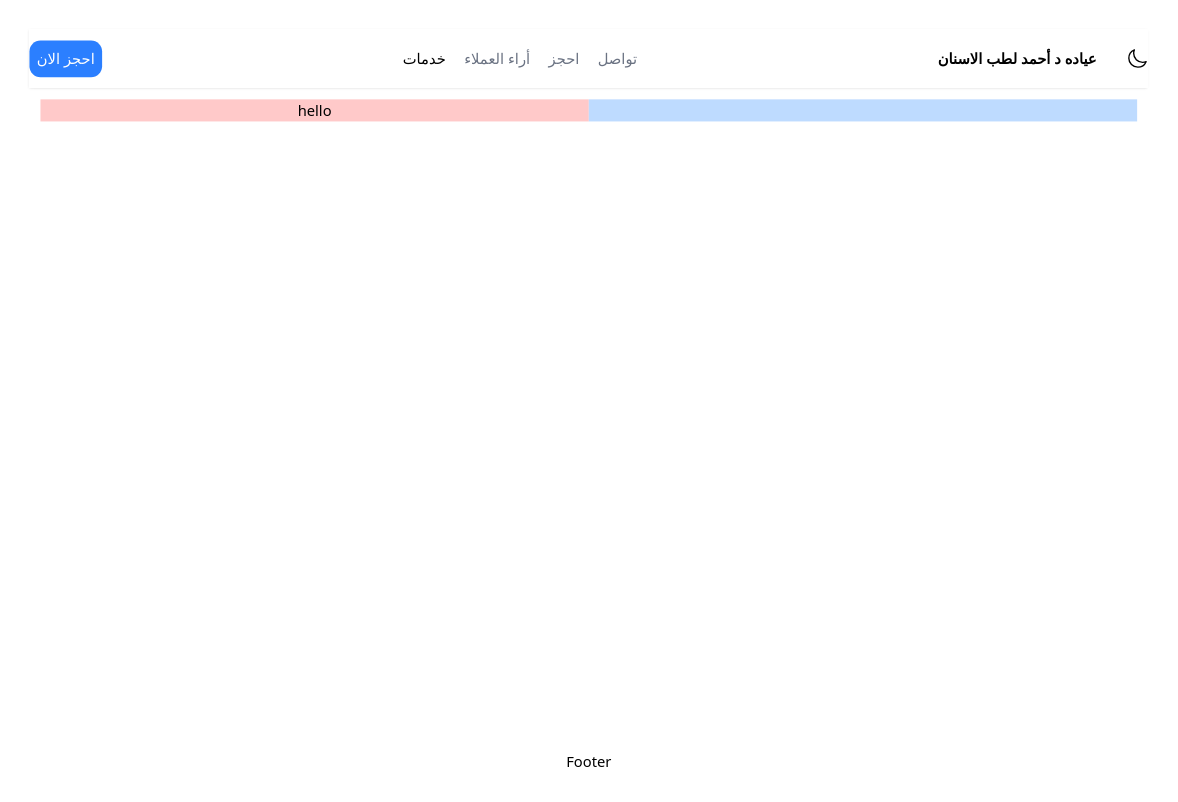
Repository: mohamedehab23-pro/clinic
Page: /
An editor plug-in stored every save of this project. The page is shown before and after a run of saves, followed by the edit.
The browser window is 1280 px wide. The pictures show the whole page, at 92% of full size.
The project was rebuilt for these pictures with package versions that can differ from the ones it lists, and the page was loaded fresh each time. Also part of the build but not shown: vite.config.js, src/Pages/AboutPage.jsx, src/Pages/ContactPage.jsx, src/Pages/NotFound.jsx, src/Components/Child.jsx, src/Components/Parent.jsx.

Above is the page before, as saved 2026-02-22 14:05:06.

### index.html
<!doctype html>
<html lang="en">
  <head>
    <meta charset="UTF-8" />
    <link rel="icon" type="image/svg+xml" href="/vite.svg" />
    <meta name="viewport" content="width=device-width, initial-scale=1.0" />
    <title>project1</title>
  </head>
  <body>
    <div id="root"></div>
    <script type="module" src="/src/main.jsx"></script>
  </body>
</html>

### src/index.css
@import "tailwindcss";
@custom-variant dark (&:where(.dark, .dark *));


.active{
    @apply text-black dark:text-white
}

### src/App.jsx
import { useState } from 'react'
import HeroPage from '../src/Pages/HeroPage'
import './App.css'
import { createBrowserRouter, RouterProvider } from 'react-router'
import MainLayout from './Layouts/MainLayout'
import AboutPage from './Pages/AboutPage'
import ContactPage from './Pages/ContactPage'
import NotFound from './Pages/NotFound'
import Parent from './Components/Parent'


const x=createBrowserRouter([
  {path:'',element:<MainLayout/>,children:[
    {index:true,element:<HeroPage/>},
    {path:'/about',element:<AboutPage/>},
    {path:'/contact',element:<ContactPage/>},
    {path:'*',element:<NotFound/>}
  ]}
])

function App() {

  return (
    <>
    {/* <Parent/> */}

     <RouterProvider router={x}/>
    </>
  )
}

export default App

### src/Pages/HeroPage.jsx
import React from 'react'
import sora from '../assets/dentist.png'
export default function HomePage() {
  return (
    <div className='dark:bg-gray-800 min-h-screen p-3'>
      <div className='flex justify-around'>
<div className='bg-red-200 w-full '>
  hello
</div>
<div className='bg-blue-200 w-full'>
 <img src="" alt="" />
</div>
      </div>



    </div>
  )
}

### src/Layouts/MainLayout.jsx
import React, { useState } from 'react'
import Navbar from '../Components/Navbar'
import Footer from '../Components/Footer'
import { Outlet } from 'react-router'

export default function MainLayout() {
  const [darkMode, setDarkMode] = useState(false)
  return (
    <>
    <div className={`${darkMode? 'dark':''}  dark:text-white`}>
      <Navbar darkMode={darkMode} setDarkMode={setDarkMode}/>
    <Outlet />
    <Footer/>
    </div>
    </>
  )
}

### src/Components/Navbar.jsx
import React, { useState } from 'react'
import { Link, NavLink } from 'react-router'

export default function Navbar({setDarkMode,darkMode}) {
  const [navToggle, setNavToggle] = useState(false)
  return (
    <div className='py-3 shadow sticky top-0 w-full dark:bg-gray-700 bg-white/50'>
<div className="container px-3 lg:p-0 mx-auto flex items-center justify-between">
<div>
  <button className='p-2 rounded-xl bg-blue-500 text-white '><Link to={'/'}>احجز الان</Link></button>
</div>
<div>
  <ul className='lg:flex dark:text-white/50 gap-5 hidden'>
    <li className='text-gray-500'><NavLink to={''}>خدمات</NavLink></li>
    <li className='text-gray-500'><NavLink to={'/about'}>أراء العملاء</NavLink></li>
    <li className='text-gray-500'><NavLink to={'/contact'}>احجز</NavLink></li>
    <li className='text-gray-500'><NavLink to={'ertyuj'}>تواصل</NavLink></li>
  </ul>
</div>
<div className='flex gap-8'>
  <Link to={''} className=' font-bold'>عياده د أحمد لطب الاسنان</Link>
  {darkMode?<svg xmlns="http://www.w3.org/2000/svg"
onClick={()=>setDarkMode(!darkMode)}
fill="none" viewBox="0 0 24 24" strokeWidth={1.5} stroke="currentColor" className="cursor-pointer size-6">
  <path strokeLinecap="round" strokeLinejoin="round" d="M12 3v2.25m6.364.386-1.591 1.591M21 12h-2.25m-.386 6.364-1.591-1.591M12 18.75V21m-4.773-4.227-1.591 1.591M5.25 12H3m4.227-4.773L5.636 5.636M15.75 12a3.75 3.75 0 1 1-7.5 0 3.75 3.75 0 0 1 7.5 0Z" />
</svg>:<svg xmlns="http://www.w3.org/2000/svg" fill="none"
onClick={()=>setDarkMode(!darkMode)}
viewBox="0 0 24 24" strokeWidth={1.5} stroke="currentColor" className="cursor-pointer size-6">
  <path strokeLinecap="round" strokeLinejoin="round" d="M21.752 15.002A9.72 9.72 0 0 1 18 15.75c-5.385 0-9.75-4.365-9.75-9.75 0-1.33.266-2.597.748-3.752A9.753 9.753 0 0 0 3 11.25C3 16.635 7.365 21 12.75 21a9.753 9.753 0 0 0 9.002-5.998Z" />
</svg>}
</div>
<div className='lg:hidden'>
  <svg xmlns="http://www.w3.org/2000/svg" onClick={()=>setNavToggle(!navToggle)} fill="none" viewBox="0 0 24 24" strokeWidth={1.5} stroke="currentColor" className="cursor-pointer size-6">
  <path strokeLinecap="round" strokeLinejoin="round" d="M3.75 6.75h16.5M3.75 12h16.5m-16.5 5.25h16.5" />
</svg>


</div>



</div>
{navToggle && <ul className='pt-3 text-end px-3'>
    <li className='text-gray-500'><NavLink to={''}>خدمات</NavLink></li>
    <li className='text-gray-500'><NavLink to={'/about'}>أراء العملاء</NavLink></li>
    <li className='text-gray-500'><NavLink to={'/contact'}>احجز</NavLink></li>
    <li className='text-gray-500'><NavLink to={'ertyuj'}>تواصل</NavLink></li>
  </ul>}


    </div>
  )
}

Loaded but not shown: src/main.jsx (common file); src/App.css (common file); src/Components/Footer.jsx (common file)

After the next 2 saves:
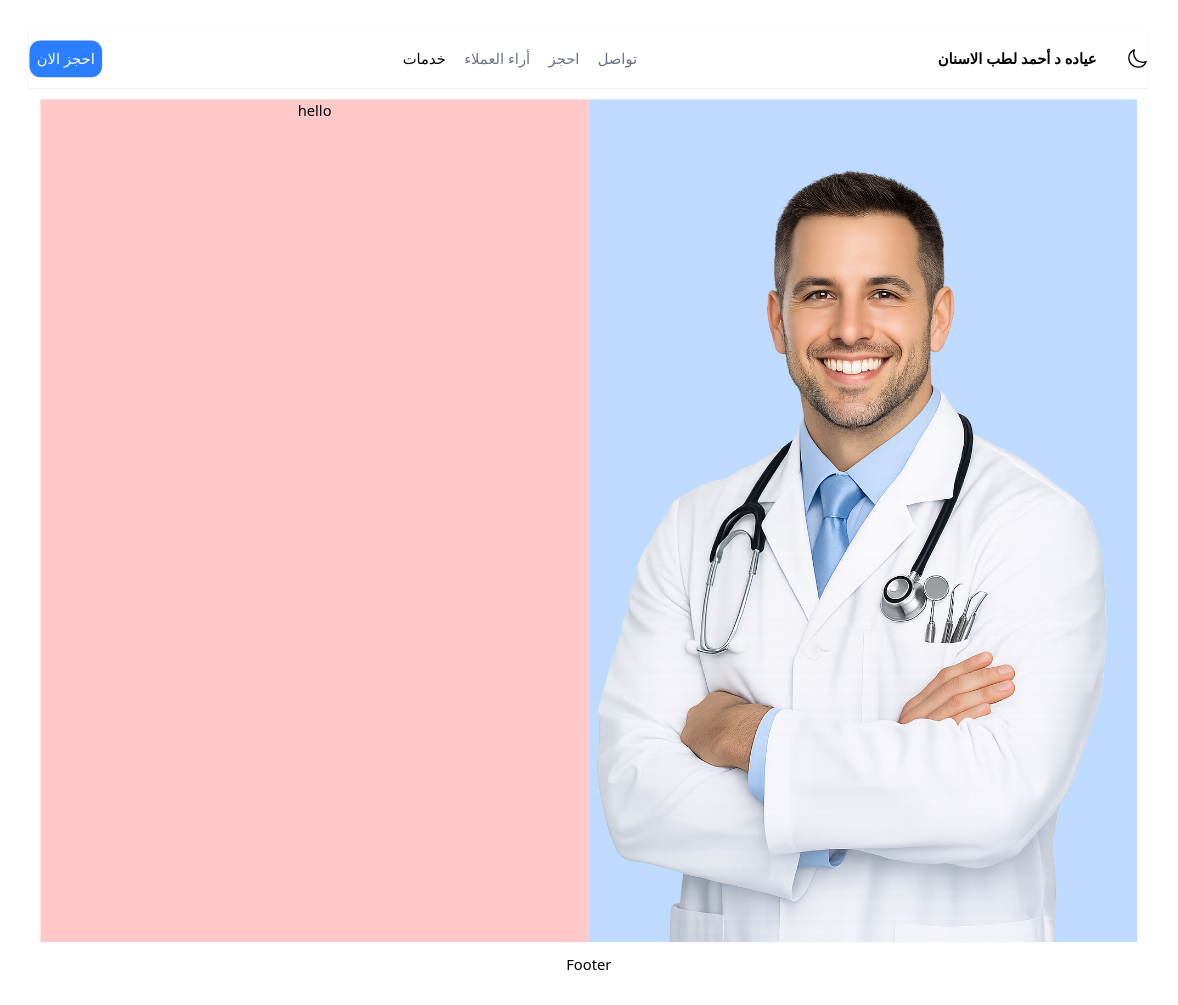
The 2 saves are shown as one change because they came seconds apart.
The last was saved 6 s later.
--- a/src/Pages/HeroPage.jsx
+++ b/src/Pages/HeroPage.jsx
@@ -8,7 +8,7 @@ export default function HomePage() {
   hello
 </div>
 <div className='bg-blue-200 w-full'>
- <img src="" alt="" />
+ <img src={sora} alt="" />
 </div>
       </div>
 
